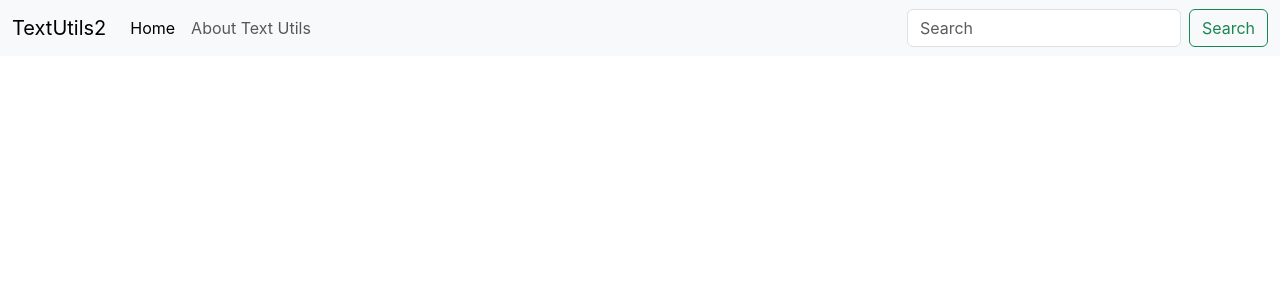
Repository: SujanNagaju/react-demo
Page: /
An editor plug-in stored every save of this project. The page is shown before and after the next save, followed by the edit.
The browser window is 1280 px wide. The pictures show the whole page.
The project was rebuilt for these pictures with package versions that can differ from the ones it lists, and the page was loaded fresh each time. Also part of the build but not shown: src/App.css.

Above is the page before, as saved 2024-12-28 23:50:15.

### public/index.html
<!DOCTYPE html>
<html lang="en">
  <head>
    <meta charset="utf-8" />
    <link rel="icon" href="%PUBLIC_URL%/favicon.ico" />
    <meta name="viewport" content="width=device-width, initial-scale=1" />
    <meta name="theme-color" content="#000000" />
    <meta
      name="description"
      content="Web site created using create-react-app"
    />
    <link rel="apple-touch-icon" href="%PUBLIC_URL%/logo192.png" />
    <!--
      manifest.json provides metadata used when your web app is installed on a
      user's mobile device or desktop. See https://developers.google.com/web/fundamentals/web-app-manifest/
    -->
    <link rel="manifest" href="%PUBLIC_URL%/manifest.json" />
    <!--
      Notice the use of %PUBLIC_URL% in the tags above.
      It will be replaced with the URL of the `public` folder during the build.
      Only files inside the `public` folder can be referenced from the HTML.

      Unlike "/favicon.ico" or "favicon.ico", "%PUBLIC_URL%/favicon.ico" will
      work correctly both with client-side routing and a non-root public URL.
      Learn how to configure a non-root public URL by running `npm run build`.
    -->
    <link href="https://cdn.jsdelivr.net/npm/bootstrap@5.3.3/dist/css/bootstrap.min.css" rel="stylesheet" integrity="sha384-QWTKZyjpPEjISv5WaRU9OFeRpok6YctnYmDr5pNlyT2bRjXh0JMhjY6hW+ALEwIH" crossorigin="anonymous">
    <title>React App</title>
  </head>
  <body>
    <noscript>You need to enable JavaScript to run this app.</noscript>
    <div id="root"></div>
    <!--
      This HTML file is a template.
      If you open it directly in the browser, you will see an empty page.

      You can add webfonts, meta tags, or analytics to this file.
      The build step will place the bundled scripts into the <body> tag.

      To begin the development, run `npm start` or `yarn start`.
      To create a production bundle, use `npm run build` or `yarn build`.
    -->
    <script src="https://cdn.jsdelivr.net/npm/bootstrap@5.3.3/dist/js/bootstrap.bundle.min.js" integrity="sha384-YvpcrYf0tY3lHB60NNkmXc5s9fDVZLESaAA55NDzOxhy9GkcIdslK1eN7N6jIeHz" crossorigin="anonymous"></script>

  </body>
</html>

### src/App.js
// logo from './logo.svg';
import './App.css';
import Navbar from './components/Navbar';

function App() {
  return (
    <>

      {/* <Navbar title="TextUtils..." aboutText="About"/> */}
      <Navbar />
    </>
  );
}

export default App;

### src/components/Navbar.js
import React from 'react'
import PropTypes from 'prop-types';


export default function Navbar({title="TextUtils2", aboutText="About Text Utils"}) {
    // console.log(props);
  return (
    <nav className="navbar navbar-expand-lg bg-body-tertiary">
        <div className="container-fluid">
            <a className="navbar-brand" href="/">{title}</a>
            <button className="navbar-toggler" type="button" data-bs-toggle="collapse" data-bs-target="#navbarSupportedContent" aria-controls="navbarSupportedContent" aria-expanded="false" aria-label="Toggle navigation">
            <span className="navbar-toggler-icon"></span>
            </button>
            <div className="collapse navbar-collapse" id="navbarSupportedContent">
            <ul className="navbar-nav me-auto mb-2 mb-lg-0">
                <li className="nav-item">
                <a className="nav-link active" aria-current="page" href="/">Home</a>
                </li>
                <li className="nav-item">
                <a className="nav-link" href="/">{aboutText}</a>
                </li>

            </ul>
            <form className="d-flex" role="search">
                <input className="form-control me-2" type="search" placeholder="Search" aria-label="Search"/>
                <button className="btn btn-outline-success" type="submit">Search</button>
            </form>
            </div>
        </div>
    </nav>
  )
}


Navbar.propTypes = {
    title: PropTypes.string.isRequired,
    aboutText: PropTypes.string.isRequired
}

Navbar.defaultProps = {
    title: 'TextUtils2...',
    aboutText: 'About'
}

Loaded but not shown: src/index.js (common file); src/index.css (common file); src/reportWebVitals.js (common file)

After the next save:
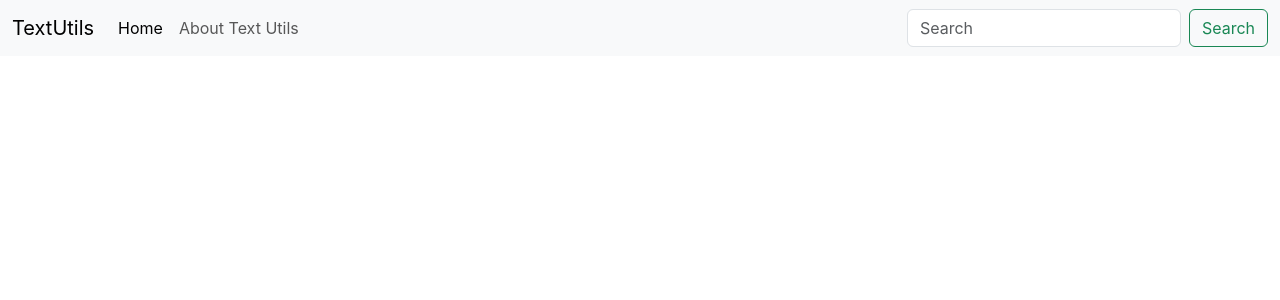
Saved 17 s later.
--- a/src/components/Navbar.js
+++ b/src/components/Navbar.js
@@ -2,7 +2,7 @@ import React from 'react'
 import PropTypes from 'prop-types';
 
 
-export default function Navbar({title="TextUtils2", aboutText="About Text Utils"}) {
+export default function Navbar({title="TextUtils", aboutText="About Text Utils"}) {
     // console.log(props);
   return (
     <nav className="navbar navbar-expand-lg bg-body-tertiary">
